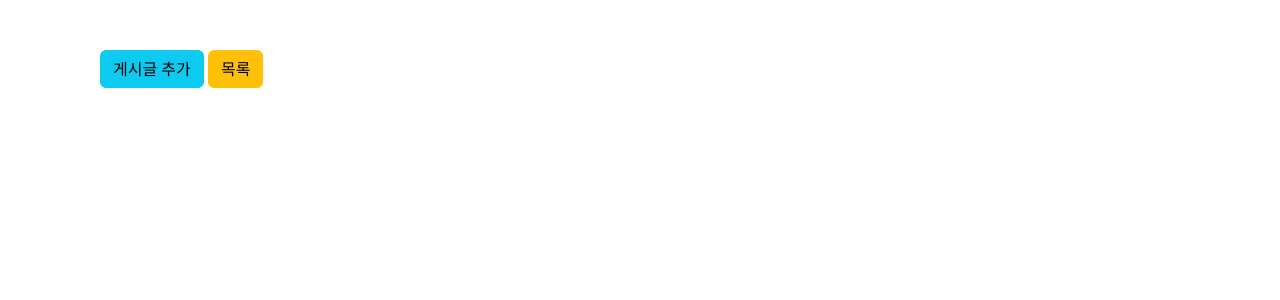
Repository: JunbroGit/SistProject
Page: http://localhost/jsaAjaxProject/uploadboard/boardList2.jsp
These files come from the project's save history. The page is drawn as it stood at one moment and after the next save; the edit follows.
The browser window is 1280 px wide. The pictures show the whole page.
Some web fonts or font styles are not loaded; a fallback is used. The page is served by Tomcat 9. Queries for data that is not in the repository find no rows.

Above is the page before, as saved 2024-03-13 08:24:06.

After the next save:
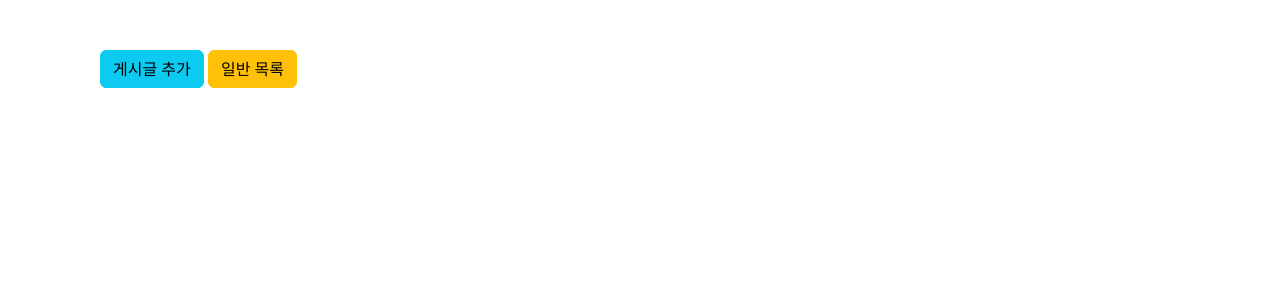
Saved 12 s later.
--- a/jspwork/jsaAjaxProject/src/main/webapp/uploadboard/boardList2.jsp
+++ b/jspwork/jsaAjaxProject/src/main/webapp/uploadboard/boardList2.jsp
@@ -38,7 +38,7 @@
 <body>
 <div style="margin: 50px 100px; width: 1000px;">
 	<button type="button" class="btn btn-info" onclick="location.href='addForm.jsp'">게시글 추가</button>
-	<button type="button" class="btn btn-warning" onclick="location.href='boardList.jsp'">목록</button>
+	<button type="button" class="btn btn-warning" onclick="location.href='boardList.jsp'">일반 목록</button>
 	<div class="row">
 	<%
 		for(int i=0;i<list.size();i++) {
